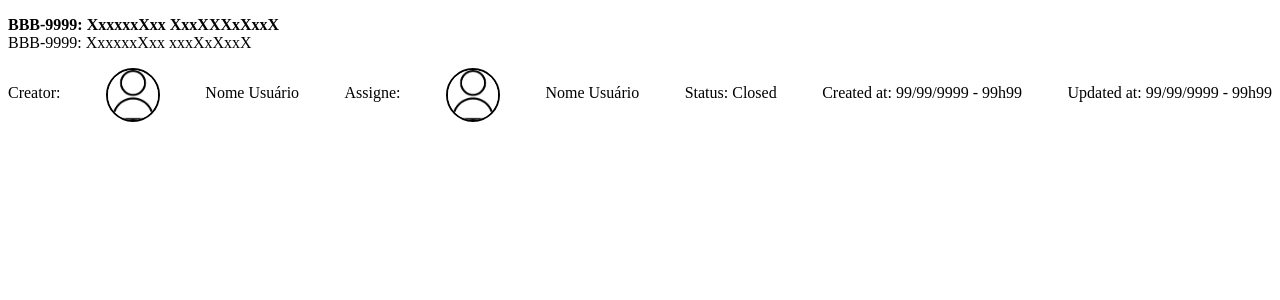
Repository: AnaBerlanda/PaginaFer
Page: index.html
The author's editor kept a copy of each file at every save. The page is drawn from the files as they stood at one save, then again after the next save.
The browser window is 1280 px wide. The pictures show the whole page.

Above is the page before, as saved 2022-05-20 15:37:19.

### index.html
<!DOCTYPE html>
<html lang="en">
<head>
    <meta charset="UTF-8">
    <meta http-equiv="X-UA-Compatible" content="IE=edge">
    <meta name="viewport" content="width=device-width, initial-scale=1.0">
    <link type="text/css" rel="stylesheet" href="index.css">
    <title>Release</title>
</head>
<body>
    <p>
        <strong>BBB-9999: XxxxxxXxx XxxXXXxXxxX</strong><br>
        BBB-9999: XxxxxxXxx xxxXxXxxX
    </p>
    <div class="container">
        <div class="textos">
        <p class="sub-titulos">Creator:</p>
        </div>
        <div class="imagem">
            <img src="imagem/Icone-usuario-Png-1024x1024.png">
        </div>
        <div class="nome-usuario">
            <p>Nome Usuário</p>
        </div>
        <div class="textos">
            <p class="sub-titulos">Assigne:</p>
        </div>
            <div class="imagem">
                <img src="imagem/Icone-usuario-Png-1024x1024.png">
            </div>
            <div class="nome-usuario">
                <p>Nome Usuário</p>
            </div>
        <div class="textos">
            <p class="sub-titulos">Status: Closed</p>
        </div>
        <div class="textos">
            <p class="sub-titulos">Created at: 99/99/9999 - 99h99</p>
        </div>
        <div class="textos">
            <p class="sub-titulos">Updated at: 99/99/9999 - 99h99</p>
        </div>


    </div>












</body>
</html>

### index.css
.container{
    display: flex;
    flex-direction: row;
    justify-content: space-between;
}
.imagem img{
    width: 50px;
    height: 50px;
    border-radius: 50%;
    border: 2px solid black;
}

After the next save:
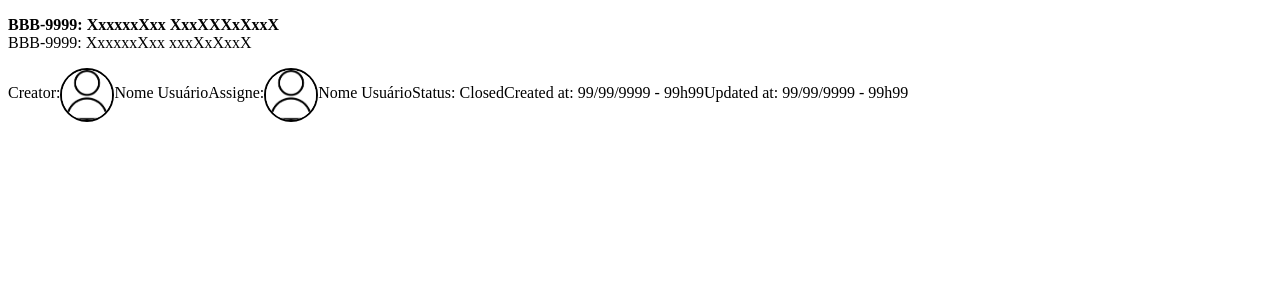
Saved 9 min 47 s later.
--- a/index.css
+++ b/index.css
@@ -1,7 +1,7 @@
 .container{
     display: flex;
     flex-direction: row;
-    justify-content: space-between;
+    justify-content: flex-start;
 }
 .imagem img{
     width: 50px;
